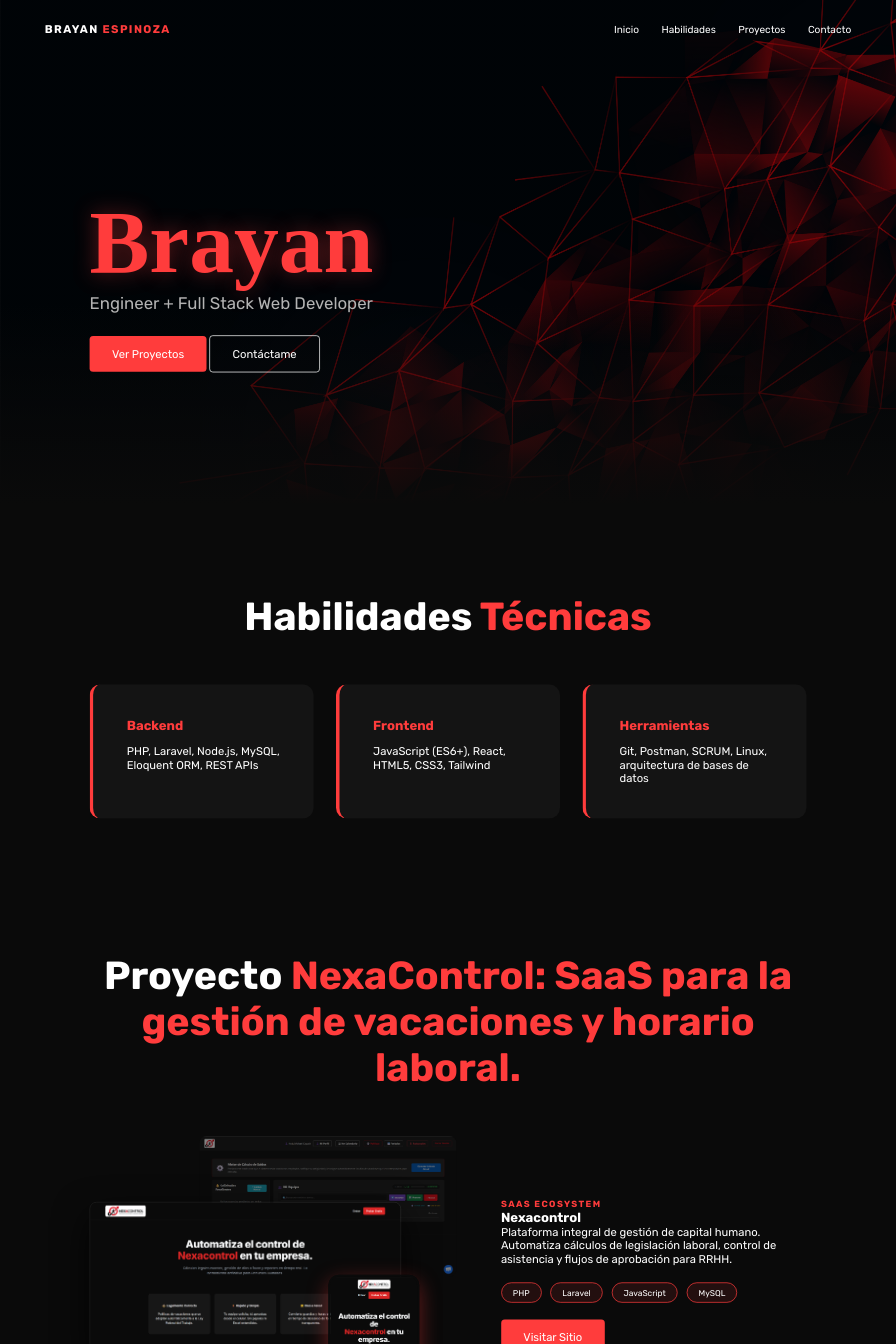
Repository: hercules830/Mi-portfolio-profesional
Page: index.html
The author's editor kept a copy of each file at every save. The page is drawn from the files as they stood at one save, then again after the next save.
The browser window is 1280 px wide. The pictures show the part of the page from y = 0 to 1920 px (the page is 3938 px tall), at 70% of full size.
Some web fonts or font styles are not loaded; a fallback is used.

Above is the page before, as saved 2026-05-30 20:34:57.

### index.html
<!DOCTYPE html>
<html lang="es">
  <head>
    <meta charset="UTF-8" />
    <meta name="viewport" content="width=device-width, initial-scale=1.0" />
    <link rel="stylesheet" href="styles.css" />
    <link rel="preconnect" href="https://fonts.googleapis.com" />
    <link rel="preconnect" href="https://fonts.gstatic.com" crossorigin />
    <link
      href="https://fonts.googleapis.com/css2?family=Rubik:wght@300;400;700&family=Rubik+Storm&display=swap"
      rel="stylesheet"
    />
    <title>Brayan Espinoza | Full Stack Developer</title>
  </head>
  <body>
    <header class="header">
      <nav class="nav">
        <div class="logo-container">
          <p class="logo">BRAYAN <span>ESPINOZA</span></p>
        </div>
        <ul class="links">
          <li><a class="link" href="#inicio">Inicio</a></li>
          <li><a class="link" href="#habilidades">Habilidades</a></li>
          <li><a class="link" href="#proyectos">Proyectos</a></li>
          <li><a class="link" href="#contacto">Contacto</a></li>
        </ul>
      </nav>

      <div class="description" id="inicio">
        <h1 class="header-title">Brayan</h1>
        <p class="my-description">Engineer + Full Stack Web Developer</p>
        <div class="cta-container">
          <a href="#proyectos" class="btn-primary">Ver Proyectos</a>
          <a href="#contacto" class="btn-secondary">Contáctame</a>
        </div>
      </div>
    </header>

    <section class="section" id="habilidades">
      <h2 class="section-title">Habilidades <span>Técnicas</span></h2>
      <div class="skills-grid">
        <div class="skill-card">
          <h3>Backend</h3>
          <p>PHP, Laravel, Node.js, MySQL, Eloquent ORM, REST APIs</p>
        </div>
        <div class="skill-card">
          <h3>Frontend</h3>
          <p>JavaScript (ES6+), React, HTML5, CSS3, Tailwind</p>
        </div>
        <div class="skill-card">
          <h3>Herramientas</h3>
          <p>Git, Postman, SCRUM, Linux, arquitectura de bases de datos</p>
        </div>
      </div>
    </section>

    <section class="section" id="proyectos">
      <h2 class="section-title">
        Proyecto
        <span
          >NexaControl: SaaS para la gestión de vacaciones y horario
          laboral.</span
        >
      </h2>

      <!-- PROYECTO 1: NEXACONTROL (Tecnologías originales) -->
      <div class="featured-project">
        <div class="featured-img-container">
          <img
            src="assets/img/projects/indexNexa.png"
            alt="Nexacontrol Landing"
            class="img-lead zoomable"
          />
          <img
            src="assets/img/projects/panelJefeAreaNexa.png"
            alt="Nexacontrol Panel"
            class="img-panel zoomable"
          />
          <img
            src="assets/img/projects/indexNexaPhone.png"
            alt="Nexacontrol Mobile"
            class="img-phone zoomable"
          />
        </div>
        <div class="featured-info">
          <span class="tag">SaaS Ecosystem</span>
          <h3>Nexacontrol</h3>
          <p>
            Plataforma integral de gestión de capital humano. Automatiza
            cálculos de legislación laboral, control de asistencia y flujos de
            aprobación para RRHH.
          </p>
          <div class="tech-stack">
            <span>PHP</span><span>Laravel</span><span>JavaScript</span
            ><span>MySQL</span>
          </div>
          <div class="actions">
            <a
              href="https://nexacontrolapp.com"
              target="_blank"
              class="btn-primary"
              >Visitar Sitio</a
            >
          </div>
        </div>
      </div>

      <h2 class="section-title">
        Proyecto
        <span>Extracurriculares Cuyuch: ERP y CRM para administración.</span>
      </h2>
      <!-- PROYECTO 2: CUYUCH (PHP Puro / Vanilla) -->
      <div class="featured-project reverse">
        <div class="featured-info">
          <span class="tag">Vanilla PHP System</span>
          <h3>Cuyuch Business</h3>
          <p>
            Sistema administrativo robusto desarrollado con PHP Puro.
            Especializado en gestión de inventarios y visualización de
            analíticas de negocio mediante gráficas interactivas.
          </p>
          <div class="tech-stack">
            <span>PHP Nativo</span><span>MySQL</span><span>phpMyAdmin</span
            ><span>Charts.js</span>
          </div>
        </div>
        <div class="featured-img-container">
          <img
            src="assets/img/projects/indexCuyuch.png"
            alt="Cuyuch Home"
            class="img-lead zoomable"
          />
          <img
            src="assets/img/projects/panelCuyuch.png"
            alt="Cuyuch Admin"
            class="img-panel zoomable"
          />
          <img
            src="assets/img/projects/graficaCuyuch.png"
            alt="Cuyuch Stats"
            class="img-phone zoomable"
          />
        </div>
      </div>

      <!-- PROYECTO 3: Triple Expresso (HTML, CSS) -->
      <div class="featured-project">
        <div class="featured-img-container">
          <img
            src="assets/img/projects/headTripleExpresso.png"
            alt="Cuyuch Home"
            class="img-lead zoomable"
          />
          <img
            src="assets/img/projects/formTripleEspresso.png"
            alt="Cuyuch Admin"
            class="img-panel zoomable"
          />
          <img
            src="assets/img/projects/phoneTripleEspresso.png"
            alt="Cuyuch Stats"
            class="img-phone zoomable"
          />
        </div>
        <div class="featured-info">
          <span class="tag">Página para un Café</span>
          <h3>Triple Espresso</h3>
          <p>
            Página diseñada para un café como proyecto de bootcamp en Triple
            Ten.
          </p>
          <div class="tech-stack"><span>HTML</span><span>CSS</span></div>
        </div>
      </div>
    </section>

    <!-- MODAL PARA ZOOM (Lightbox) -->
    <div id="imageModal" class="modal">
      <span class="close">&times;</span>
      <img class="modal-content" id="imgFull" />
    </div>

    <footer class="section" id="contacto">
      <h2 class="section-title">
        ¿Listo para el <span>siguiente nivel?</span>
      </h2>
      <div class="social-links">
        <a href="mailto:musicabjhe830@gmail.com" class="btn-secondary">Email</a>
        <a
          href="https://www.linkedin.com/in/brayan-espinoza-57191512a"
          target="_blank"
          class="btn-secondary"
          >LinkedIn</a
        >
      </div>
    </footer>

    <script src="script.js"></script>
  </body>
</html>

### styles.css
:root {
  --primary-red: #ff3c3c;
  --dark-bg: #0a0a0a;
  --card-bg: #141414;
  --text-white: #ffffff;
  --gray-text: #b3b3b3;
}

* {
  margin: 0;
  padding: 0;
  box-sizing: border-box;
  scroll-behavior: smooth;
}
body {
  background-color: var(--dark-bg);
  color: var(--text-white);
  font-family: "Rubik", sans-serif;
  overflow-x: hidden;
}

/* --- HEADER --- */
.header {
  height: 100vh;
  background: linear-gradient(to bottom, transparent 60%, var(--dark-bg) 100%),
    linear-gradient(rgba(0, 0, 0, 0.5), rgba(0, 0, 0, 0.5)),
    url("assets/background.jpg");
  background-size: cover;
  background-position: center;
  display: flex;
  flex-direction: column;
}
.nav {
  display: flex;
  justify-content: space-between;
  padding: 2rem 5%;
  align-items: center;
}
.logo {
  font-weight: bold;
  letter-spacing: 2px;
}
.logo span {
  color: var(--primary-red);
}
.links {
  display: flex;
  list-style: none;
  gap: 2rem;
}
.link {
  color: white;
  text-decoration: none;
  font-size: 0.9rem;
  transition: 0.3s;
}
.link:hover {
  color: var(--primary-red);
}

.description {
  flex: 1;
  display: flex;
  flex-direction: column;
  justify-content: center;
  padding-left: 10%;
}
.header-title {
  font-family: "Rubik Storm", cursive;
  font-size: clamp(4rem, 10vw, 8rem);
  color: var(--primary-red);
  text-shadow: 0 0 30px rgba(255, 60, 60, 0.4);
}
.my-description {
  font-size: 1.5rem;
  color: var(--gray-text);
  margin-bottom: 2rem;
}

/* --- BOTONES --- */
.btn-primary {
  background: var(--primary-red);
  color: white;
  padding: 1rem 2rem;
  text-decoration: none;
  border-radius: 5px;
  transition: 0.3s;
  display: inline-block;
}
.btn-secondary {
  border: 1px solid white;
  color: white;
  padding: 1rem 2rem;
  text-decoration: none;
  border-radius: 5px;
  transition: 0.3s;
  display: inline-block;
}
.btn-primary:hover {
  transform: scale(1.05);
  box-shadow: 0 0 20px rgba(255, 60, 60, 0.4);
}

/* --- SECCIONES --- */
.section {
  padding: 8rem 10% 4rem 10%;
}
.section-title {
  font-size: clamp(2rem, 5vw, 3.5rem);
  margin-bottom: 4rem;
  text-align: center;
}
.section-title span {
  color: var(--primary-red);
}

.skills-grid {
  display: grid;
  grid-template-columns: repeat(auto-fit, minmax(280px, 1fr));
  gap: 2rem;
}
.skill-card {
  background: var(--card-bg);
  padding: 3rem;
  border-radius: 15px;
  border-left: 5px solid var(--primary-red);
  transition: 0.3s;
}
.skill-card h3 {
  margin-bottom: 1rem;
  color: var(--primary-red);
}

/* --- SHOWCASE DE PROYECTOS --- */
.featured-project {
  display: grid;
  grid-template-columns: 1.2fr 1fr;
  gap: 4rem;
  margin-bottom: 10rem;
  align-items: center;
}
.featured-project.reverse {
  grid-template-columns: 1fr 1.2fr;
}

.featured-img-container {
  position: relative;
  height: 400px;
  display: flex;
  align-items: center;
}
.img-lead {
  width: 85%;
  border-radius: 10px;
  box-shadow: 0 20px 50px rgba(0, 0, 0, 0.8);
  z-index: 2;
  transition: 0.5s;
  cursor: pointer;
  border: 1px solid rgba(255, 255, 255, 0.1);
}
.img-panel {
  position: absolute;
  top: 0;
  right: 0;
  width: 70%;
  border-radius: 10px;
  z-index: 1;
  opacity: 0.5;
  filter: blur(1px);
  transition: 0.5s;
  cursor: pointer;
}
.img-phone {
  position: absolute;
  bottom: -20px;
  right: 10%;
  width: 130px;
  z-index: 3;
  border: 3px solid var(--dark-bg);
  border-radius: 15px;
  box-shadow: 0 10px 30px rgba(255, 60, 60, 0.4);
  transition: 0.5s;
  cursor: pointer;
}

/* Inversión de imágenes para el modo reverse */
.reverse .img-lead {
  margin-left: auto;
}
.reverse .img-panel {
  left: 0;
  right: auto;
}
.reverse .img-phone {
  left: 10%;
  right: auto;
}

.featured-project:hover .img-lead {
  transform: translateX(-10px);
}
.featured-project:hover .img-panel {
  opacity: 1;
  filter: blur(0);
  transform: translate(10px, -10px);
}
.featured-project:hover .img-phone {
  transform: scale(1.1);
}

.tag {
  color: var(--primary-red);
  font-weight: bold;
  font-size: 0.8rem;
  letter-spacing: 2px;
  text-transform: uppercase;
}
.tech-stack {
  margin: 1.5rem 0;
  display: flex;
  gap: 0.8rem;
  flex-wrap: wrap;
}
.tech-stack span {
  background: rgba(255, 60, 60, 0.1);
  padding: 0.4rem 1rem;
  border-radius: 20px;
  border: 1px solid var(--primary-red);
  font-size: 0.75rem;
}

/* --- MODAL (ZOOM) --- */
.modal {
  display: none;
  position: fixed;
  z-index: 1000;
  padding-top: 50px;
  left: 0;
  top: 0;
  width: 100%;
  height: 100%;
  background-color: rgba(0, 0, 0, 0.9);
}
.modal-content {
  margin: auto;
  display: block;
  width: 80%;
  max-width: 1200px;
  border-radius: 10px;
  border: 2px solid var(--primary-red);
}
.close {
  position: absolute;
  top: 15px;
  right: 35px;
  color: #f1f1f1;
  font-size: 40px;
  font-weight: bold;
  cursor: pointer;
}

@media (max-width: 1000px) {
  .featured-project,
  .featured-project.reverse {
    grid-template-columns: 1fr;
    gap: 2rem;
  }
  .featured-img-container {
    height: 300px;
    order: -1;
  }
  .featured-info {
    text-align: center;
  }
  .tech-stack {
    justify-content: center;
  }
}

### script.js
document.addEventListener("DOMContentLoaded", () => {
  // 1. Lógica del Modal (Zoom de Imágenes)
  const modal = document.getElementById("imageModal");
  const modalImg = document.getElementById("imgFull");
  const span = document.getElementsByClassName("close")[0];

  document.querySelectorAll(".zoomable").forEach((img) => {
    img.onclick = function () {
      modal.style.display = "block";
      modalImg.src = this.src;
    };
  });

  span.onclick = function () {
    modal.style.display = "none";
  };

  modal.onclick = function (event) {
    if (event.target == modal) {
      modal.style.display = "none";
    }
  };

  // 2. Efecto Revelado al hacer Scroll (Intersection Observer)
  const observerOptions = { threshold: 0.1 };
  const observer = new IntersectionObserver((entries) => {
    entries.forEach((entry) => {
      if (entry.isIntersecting) {
        entry.target.style.opacity = "1";
        entry.target.style.transform = "translateY(0)";
      }
    });
  }, observerOptions);

  document.querySelectorAll(".section, .featured-project").forEach((el) => {
    el.style.opacity = "0";
    el.style.transform = "translateY(40px)";
    el.style.transition = "all 0.8s ease-out";
    observer.observe(el);
  });
});

After the next save:
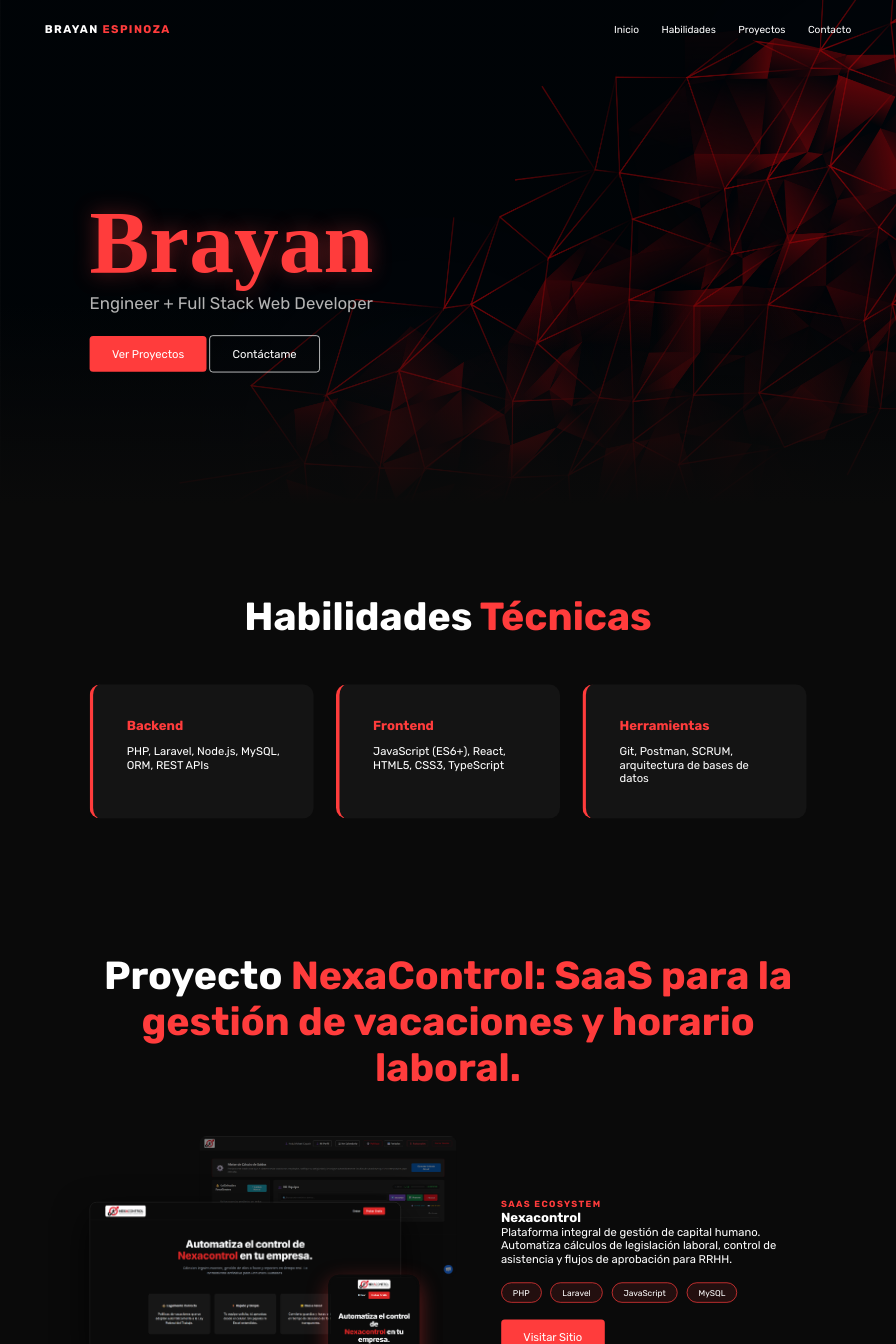
Saved 75 s later.
--- a/index.html
+++ b/index.html
@@ -41,15 +41,15 @@
       <div class="skills-grid">
         <div class="skill-card">
           <h3>Backend</h3>
-          <p>PHP, Laravel, Node.js, MySQL, Eloquent ORM, REST APIs</p>
+          <p>PHP, Laravel, Node.js, MySQL, ORM, REST APIs</p>
         </div>
         <div class="skill-card">
           <h3>Frontend</h3>
-          <p>JavaScript (ES6+), React, HTML5, CSS3, Tailwind</p>
+          <p>JavaScript (ES6+), React, HTML5, CSS3, TypeScript</p>
         </div>
         <div class="skill-card">
           <h3>Herramientas</h3>
-          <p>Git, Postman, SCRUM, Linux, arquitectura de bases de datos</p>
+          <p>Git, Postman, SCRUM, arquitectura de bases de datos</p>
         </div>
       </div>
     </section>
